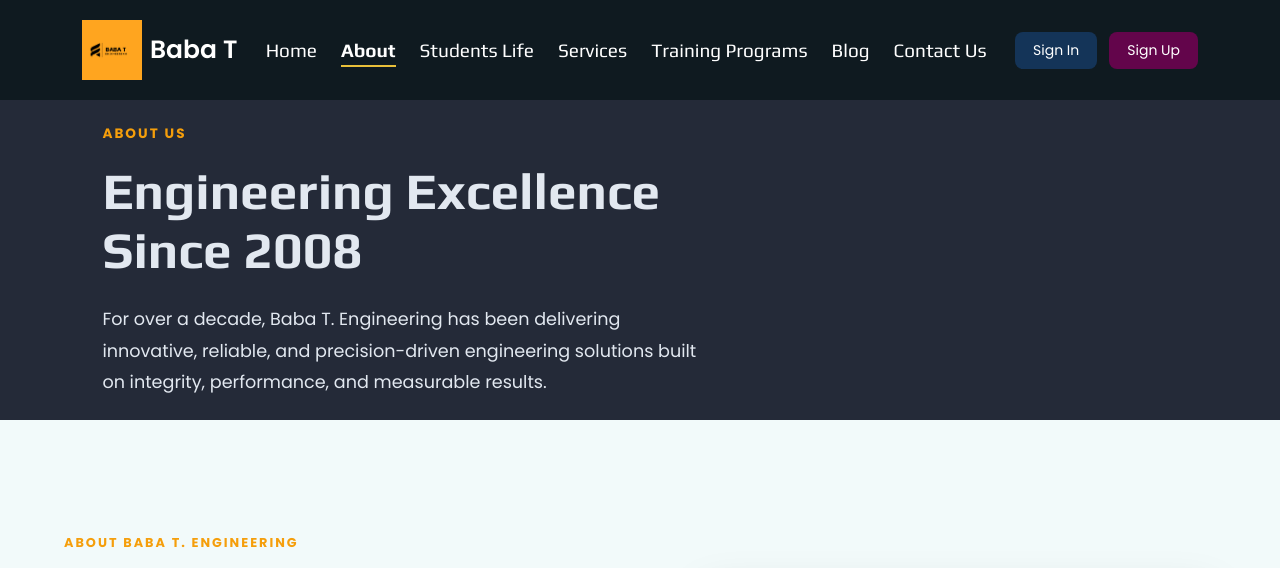
Repository: KC-Minchakpu/babatunde
Page: /about
These files come from the project's save history. The page is drawn as it stood at one moment and after the next save; the edit follows.
The browser window is 1280 px wide. The pictures show the part of the page from y = 0 to 568 px (the page is 1674 px tall).
Pictures or frames that could not be fetched are drawn as grey boxes. The project was rebuilt for these pictures with package versions that can differ from the ones it lists, and the page was loaded fresh each time. The framework's server and built-in components were replaced by stand-ins that run in the browser. Also part of the build but not shown: next.config.ts.

Above is the page before, as saved 2026-02-21 09:49:23.

### src/app/layout.tsx
import type { Metadata } from "next";
import { Play, Poppins } from "next/font/google";
import "./globals.css";
import Header from "@/components/Header/Header";
import Footer from "@/components/Footer/Footer";

const play = Play({
  variable: "--font-play",
  subsets: ["latin"],
  weight: ["400", "700"],
});

const poppins = Poppins({
  variable: "--font-poppins",
  subsets: ["latin"],
  weight: ["400", "500", "600", "700"],
});

export const metadata: Metadata = {
  title: "Baba T Engineering",
  description: "Official web app of Baba T Engineering, a leading engineering company specializing in innovative solutions and cutting-edge technology.",
};

export default function RootLayout({
  children,
}: Readonly<{
  children: React.ReactNode;
}>) {
  return (
    <html lang="en">
      <body
        className={`${play.variable} ${poppins.variable} antialiased`}
      >
        <Header />
        {children}
        <Footer />
      </body>
    </html>
  );
}

### src/app/about/page.tsx
import AboutSection from "@/components/About/AboutSection";
import AboutHero from "@/components/About/AboutHero";


export default function OurTeamPage() {
  return (
    <>
      <AboutHero />
      <AboutSection />

    </>
  )}

### src/app/globals.css
@import "tailwindcss";

:root {
  --background: #f2fafa;
  --foreground: #1f1e1e;
}

body {
  background: var(--background);
  color: var(--foreground);
  font-family: var(--font-poppins);
}

h1, h2, h3, h4, h5, h6 {
  font-family: var(--font-play);
}

h1 {
  color: red;
  font-size: 35px;
}

### src/components/Header/Header.tsx
"use client";

import Link from "next/link";
import Image from "next/image";
import styles from "./Header.module.css";
import { useState } from "react";
import { usePathname } from "next/navigation";

const Header = () => {
  const [isOpen, setIsOpen] = useState(false);
  const pathname = usePathname();

  const isActive = (path: string) => pathname === path;
  const isAboutActive = () => pathname.startsWith("/about");

  return (
    <header className={styles.header}>
      <div className={styles.container}>
        {/* Logo */}
        <div className={styles.logo}>
          <Link href="/">
            <Image
              src="/images/logo23.png"
              alt="Baba T Logo"
              width={60}
              height={60}
            />
          </Link>
          <span className={styles.logoText}>Baba T</span>
        </div>

        {/* Navigation */}
        <nav className={styles.nav}>
          <Link
            href="/"
            className={isActive("/") ? styles.active : ""}
          >
            Home
          </Link>

          <div
            className={styles.dropdown}
            onMouseEnter={() => setIsOpen(true)}
            onMouseLeave={() => setIsOpen(false)}
          >
            <Link
              href="/about"
              className={`${styles.dropdownToggle} ${
                isAboutActive() ? styles.active : ""
              }`}
            >
              About
            </Link>

            {isOpen && (
              <div className={styles.dropdownMenu}>
                <Link href="/about/history" className={isActive("/about/history") ? styles.active : ""}>
                  Our History
                </Link>
                <Link
                  href="/about/team"
                  className={
                    isActive("/about/team") ? styles.active : ""
                  }
                >
                  Our Team
                </Link>
                <Link href="/about" className={isActive("/about/mission") ? styles.active : ""}>
                  Mission & Vision
                </Link>
                <Link href="/about" className={isActive("/about/values") ? styles.active : ""}>
                  Core Values
                </Link>
                <Link href="/about/careers" className={isActive("/about/careers") ? styles.active : ""}>
                  Careers
                </Link>
              </div>
            )}
          </div>

          <Link
            href="/students-life"
            className={
              isActive("/students-life") ? styles.active : ""
            }
          >
            Students Life
          </Link>

          <Link
            href="/services"
            className={isActive("/services") ? styles.active : ""}
          >
            Services
          </Link>

          <Link
            href="/training-programs"
            className={
              isActive("/training-programs") ? styles.active : ""
            }
          >
            Training Programs
          </Link>

          <Link
            href="/blog"
            className={isActive("/blog") ? styles.active : ""}
          >
            Blog
          </Link>

          <Link
            href="/contact"
            className={isActive("/contact") ? styles.active : ""}
          >
            Contact Us
          </Link>
        </nav>

        {/* Auth Buttons */}
        <div className={styles.actions}>
          <button className={styles.signIn}>Sign In</button>
          <button className={styles.signUp}>Sign Up</button>
        </div>
      </div>
    </header>
  );
};

export default Header;

### src/components/Footer/Footer.tsx
"use client";

import Image from "next/image";
import styles from "./Footer.module.css";
import {
  FaXTwitter,
  FaLinkedinIn,
  FaYoutube,
  FaInstagram
} from "react-icons/fa6";

export default function Footer() {
  return (
    <footer className={styles.footer}>
      <div className={styles.container}>
        <div className={styles.topSection}>

          {/* LEFT BRAND AREA */}
          <div className={styles.brand}>
            <div className={styles.logo}>
              <Image
                src="/images/logo23.png"
                alt="Baba T Logo"
                width={50}
                height={50}
              />
              <span>Baba T. Engineering</span>
            </div>

            <p>
              Forge Your Future. Transform your Devices with expert-led services
              trusted by 100,000+ Clients worldwide.
            </p>

            {/* SOCIAL ICONS */}
            <div className={styles.socials}>
              <a href="#" aria-label="Twitter">
                <FaXTwitter />
              </a>
              <a href="#" aria-label="LinkedIn">
                <FaLinkedinIn />
              </a>
              <a href="#" aria-label="YouTube">
                <FaYoutube />
              </a>
              <a href="#" aria-label="Instagram">
                <FaInstagram />
              </a>
            </div>
          </div>

          {/* LINKS GRID */}
          <div className={styles.linksGrid}>
            <div>
              <h4>CATEGORIES</h4>
              <a>Software</a>
              <a>Hardware</a>
              <a>Circuit</a>
              <a>Computer Repairs</a>
              <a>MacBook Repairs</a>
            </div>

            <div>
              <h4>COMPANY</h4>
              <a>About Us</a>
              <a>Trainings</a>
              <a>Become a Student</a>
              <a>Blog</a>
              <a>Contact</a>
            </div>

            <div>
              <h4>SUPPORT</h4>
              <a>Help Center</a>
              <a>FAQ</a>
              <a>Accessibility</a>
              <a>Sitemap</a>
            </div>

            <div>
              <h4>LEGAL</h4>
              <a>Terms of Service</a>
              <a>Privacy Policy</a>
              <a>Cookie Policy</a>
              <a>Licenses</a>
            </div>
          </div>
        </div>

        <div className={styles.divider}></div>

        <div className={styles.bottomBar}>
          <p>© 2026 Baba T Engineering. All rights reserved.</p>
          <p>Designed & Developed by Kevin Cross Minchakpu</p>

          <div className={styles.bottomLinks}>
            <a>Terms</a>
            <a>Privacy</a>
            <a>Cookies</a>
          </div>
        </div>
      </div>
    </footer>
  );
}

### src/components/About/AboutSection.tsx
// components/AboutSection.tsx
import Image from "next/image";
import styles from "./AboutSection.module.css";

const AboutSection = () => {
  return (
    <section className={styles.section}>
      <div className={styles.container}>
        {/* LEFT CONTENT */}
        <div className={styles.content}>
          <span className={styles.kicker}>ABOUT BABA T. ENGINEERING</span>

          <h2 className={styles.heading}>
            Engineering Excellence Built on Precision & Integrity
          </h2>

          <div className={styles.divider}></div>

          <p>
            Founded with a commitment to technical accuracy and professional
            integrity, Baba T. Engineering delivers innovative engineering
            solutions tailored to modern infrastructure and industrial needs.
            What began as a focused engineering practice has grown into a
            trusted technical partner for clients across multiple sectors.
          </p>

          <p>
            Our approach is rooted in precision design, rigorous analysis,
            and uncompromising quality standards. We collaborate closely with
            clients to provide solutions that are efficient, sustainable,
            and structurally sound.
          </p>

          <p>
            Today, our multidisciplinary team continues to push engineering
            boundaries—leveraging advanced tools, modern methodologies,
            and practical field expertise to deliver measurable results.
          </p>
        </div>

        {/* RIGHT IMAGE */}
        <div className={styles.imageWrapper}>
          <Image
            src="/images/circuit.jpg"
            alt="Circuit Board"
            fill
            className={styles.image}
            priority
          />

          <div className={styles.badge}>
            <span className={styles.badgeNumber}>15+</span>
            <span className={styles.badgeText}>Years of Engineering Expertise</span>
          </div>
        </div>
      </div>
    </section>
  );
};

export default AboutSection;

### src/components/About/AboutHero.tsx
// components/AboutHero.tsx
import styles from "./AboutHero.module.css";

const AboutHero = () => {
  return (
    <section className={styles.hero}>
          {/* Dark Overlay */}
      <div className={styles.overlay}></div>

      {/* Content */}
      <div className={styles.content}>
        <span className={styles.kicker}>ABOUT US</span>

        <h1 className={styles.heading}>
          Engineering Excellence <br /> Since 2008
        </h1>

        <p className={styles.description}>
          For over a decade, Baba T. Engineering has been delivering
          innovative, reliable, and precision-driven engineering solutions
          built on integrity, performance, and measurable results.
        </p>
      </div>
    </section>
  );
};

export default AboutHero;

### src/components/Header/Header.module.css
.header {
  width: 100%;
  height: 100px;
  background: #0F1A20;
  padding: 20px;
  position: sticky;
  top: 0;
  z-index: 1000;
}

.container {
  width: 90%;
  margin: 0 auto;
  display: flex;
  align-items: center;
  justify-content: space-between;
}

/* Logo */
.logo {
  display: flex;
  align-items: center;
  gap: 8px;
  cursor: pointer;
}

.logoCircle {
  width: 40px;
  height: 40px;
  border-radius: 50%;
  background: linear-gradient(135deg, #8e2de2, #4a00e0);
  display: flex;
  align-items: center;
  justify-content: center;
  color: white;
  font-weight: bold;
}

.logoText {
  font-size: 25px;
  font-weight: 600;
  color: #ffffff;
  font-family: "Poppins", sans-serif;
}

/* Nav */
.nav {
  display: flex;
  align-items: center;
  gap: 24px;
  font-family: 'Play', sans-serif;

}

.nav a,
.dropdownToggle {
  color: #ffffff;
  text-decoration: none;
  font-size: 19px;
  cursor: pointer;
  position: relative;
  transition: color 0.3s ease;
}

.nav a:hover,
.dropdownToggle:hover {
  color: #FFD23F;
}

/* Dropdown */
.dropdown {
  position: relative;
}

.dropdownMenu {
  position: absolute;
  width: 250px;
  top: 35px;
  left: 0;
  background: #0F1A20;
  border-radius: 8px;
  padding: 10px 0;
  min-width: 180px;
  box-shadow: 0 10px 25px rgba(0, 0, 0, 0.15);
  display: flex;
  flex-direction: column;
}

.dropdownMenu a {
  padding: 10px 16px;
  color: #ffffff;
  font-size: 19px;
  text-decoration: none;
  transition: background 0.2s ease;
}

.dropdownMenu a:hover {
  color: #FFD23F;
}

/* Buttons */
.actions {
  display: flex;
  gap: 12px;
}

.signIn {
  padding: 8px 18px;
  border-radius: 8px;
  border: none;
  cursor: pointer;
  color: white;
  background: #143458;
  font-size: 14px;
}

.signUp {
  padding: 8px 18px;
  border-radius: 8px;
  border: none;
  cursor: pointer;
  color: white;
  background: #63054b;
  font-size: 14px;
}

/* Responsive */
@media (max-width: 1024px) {
  .nav {
    display: none;
  }
}

.active {
  color: #f1b32b;
  font-weight: 600;
  position: relative;
}

.active::after {
  content: "";
  position: absolute;
  left: 0;
  bottom: -6px;
  width: 100%;
  height: 2px;
  background-color: #e9c03a;
}

### src/components/Footer/Footer.module.css
.footer {
  background: linear-gradient(
    180deg,
    #0a0a0a,
    #111111
  );
  color: #e5e7eb;
  padding: 90px 0 30px;
}

.container {
  max-width: 1200px;
  margin: 0 auto;
  padding: 0 20px;
}

/* TOP SECTION */
.topSection {
  display: flex;
  justify-content: space-between;
  gap: 60px;
}

/* BRAND */
.brand {
  flex: 1.3;
}

.logo {
  display: flex;
  align-items: center;
  gap: 12px;
  font-weight: 600;
  font-size: 20px;
  margin-bottom: 20px;
}

.logoBox {
  width: 34px;
  height: 34px;
  border-radius: 10px;
  background: linear-gradient(135deg, #14b8a6, #f97316);
}

.brand p {
  color: #9ca3af;
  line-height: 1.6;
  margin-bottom: 24px;
  max-width: 350px;
}

/* =========================
   SOCIAL ICONS
========================= */
.socials {
  display: flex;
  gap: 15px;
  margin-top: 20px;
}

.socials a {
  width: 40px;
  height: 40px;
  background: #121c3b;
  border-radius: 50%;
  display: flex;
  align-items: center;
  justify-content: center;
  color: #ffffff;
  font-size: 16px;
  transition: all 0.3s ease;
}

.socials a:hover {
  background: #f8af28;
  transform: translateY(-4px);
}


/* LINKS GRID */
.linksGrid {
  flex: 2;
  display: grid;
  grid-template-columns: repeat(4, 1fr);
  gap: 40px;
}

.linksGrid h4 {
  font-size: 12px;
  letter-spacing: 1px;
  margin-bottom: 16px;
  color: #ffffff;
}

.linksGrid a {
  display: block;
  font-size: 14px;
  color: #9ca3af;
  margin-bottom: 10px;
  cursor: pointer;
  transition: color 0.3s ease;
}

.linksGrid a:hover {
  color: #ffffff;
}

/* DIVIDER */
.divider {
  height: 1px;
  background: rgba(255, 255, 255, 0.08);
  margin: 60px 0 25px;
}

/* BOTTOM BAR */
.bottomBar {
  display: flex;
  justify-content: space-between;
  align-items: center;
  font-size: 14px;
  color: #9ca3af;
}

.bottomLinks {
  display: flex;
  gap: 24px;
}

.bottomLinks a {
  cursor: pointer;
  transition: color 0.3s ease;
}

.bottomLinks a:hover {
  color: white;
}

/* RESPONSIVE */
@media (max-width: 1024px) {
  .topSection {
    flex-direction: column;
    gap: 50px;
  }

  .linksGrid {
    grid-template-columns: repeat(2, 1fr);
  }

  .bottomBar {
    flex-direction: column;
    gap: 15px;
    text-align: center;
  }
}

@media (max-width: 600px) {
  .linksGrid {
    grid-template-columns: 1fr;
  }
}

### src/components/About/AboutSection.module.css
.section {
  padding: 110px 0;
   background: linear-gradient(
      to right,
      rgba(248, 250, 252, 0.95),
      rgba(248, 250, 252, 0.8)
    ),
}

.container {
  width: 90%;
  max-width: 1200px;
  margin: 0 auto;

  display: grid;
  grid-template-columns: 1.1fr 1fr;
  gap: 70px;
  align-items: center;
}

/* LEFT CONTENT */

.content {
  color: #1e293b; /* slate tone */
}

.kicker {
  font-size: 0.8rem;
  letter-spacing: 2px;
  font-weight: 700;
  color: #f59e0b; /* engineering amber */
  text-transform: uppercase;
  margin-bottom: 14px;
  display: inline-block;
}

.heading {
  font-size: 2.6rem;
  font-weight: 800;
  line-height: 1.25;
  margin-bottom: 18px;
}

.divider {
  width: 70px;
  height: 4px;
  background-color: #0f172a; /* deep engineering blue */
  margin-bottom: 28px;
}

.content p {
  font-size: 1rem;
  line-height: 1.8;
  margin-bottom: 20px;
  color: #475569;
}

/* RIGHT IMAGE */

.imageWrapper {
  position: relative;
  width: 100%;
  height: 520px;
  border-radius: 14px; /* sharper than law version */
  overflow: hidden;
  box-shadow: 0 25px 45px rgba(15, 23, 42, 0.15);
}

.image {
  object-fit: cover;
}

/* BADGE – redesigned as technical stat block */

.badge {
  position: absolute;
  bottom: 28px;
  right: 30px;

  background-color: #0f172a;
  color: white;

  padding: 26px 32px;
  border-radius: 10px;

  display: flex;
  flex-direction: column;
  align-items: center;

  border-left: 6px solid #f59e0b;
  box-shadow: 0 18px 35px rgba(0, 0, 0, 0.25);
}

.badgeNumber {
  font-size: 2rem;
  font-weight: 800;
  line-height: 1;
}

.badgeText {
  font-size: 0.85rem;
  margin-top: 6px;
  text-align: center;
  letter-spacing: 0.5px;
}

/* RESPONSIVE */

@media (max-width: 992px) {
  .container {
    grid-template-columns: 1fr;
    gap: 60px;
  }

  .imageWrapper {
    height: 420px;
  }
}

@media (max-width: 600px) {
  .section {
    padding: 80px 0;
  }

  .heading {
    font-size: 2rem;
  }

  .imageWrapper {
    height: 320px;
  }

  .badge {
    right: 20px;
    padding: 18px 22px;
  }

  .badgeNumber {
    font-size: 1.6rem;
  }
}

### src/components/About/AboutHero.module.css
.hero {
  position: relative;
  height: 320px;
  display: flex;
  align-items: center;
  padding: 0 8%;
  overflow: hidden;
  color: white;
}

/* Dark blue engineering overlay */
.overlay {
  position: absolute;
  inset: 0;
  background: #242a38;
  z-index: 1;
}

/* Content */
.content {
  position: relative;
  z-index: 2;
  max-width: 750px;
}

.kicker {
  font-size: 0.85rem;
  font-weight: 700;
  letter-spacing: 2px;
  color: #f59e0b; /* engineering amber */
  text-transform: uppercase;
  margin-bottom: 18px;
  display: inline-block;
}

.heading {
  font-size: 3.2rem;
  font-weight: 800;
  line-height: 1.15;
  margin-bottom: 24px;
  color: #e2e8f0;
}

.description {
  font-size: 1.1rem;
  line-height: 1.8;
  color: #e2e8f0;
  max-width: 600px;
}

/* Responsive */

@media (max-width: 992px) {
  .hero {
    height: 480px;
    padding: 0 6%;
  }

  .heading {
    font-size: 2.6rem;
  }
}

@media (max-width: 600px) {
  .hero {
    height: 420px;
    padding: 0 5%;
  }

  .heading {
    font-size: 2rem;
  }

  .description {
    font-size: 1rem;
  }
}

After the next save:
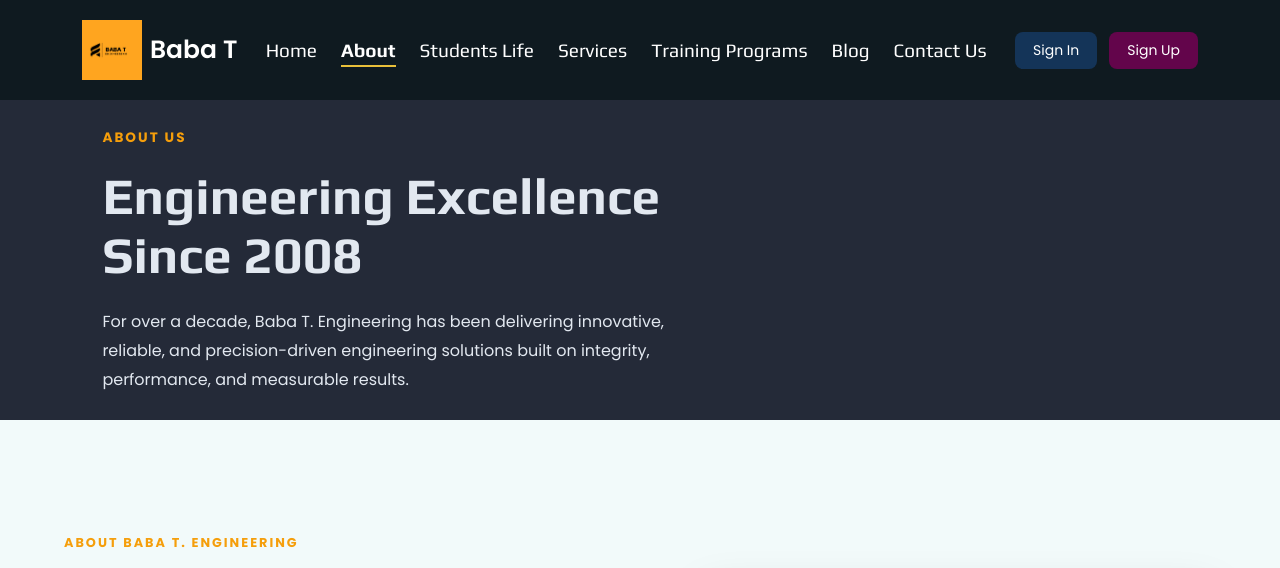
Saved 102 s later.
--- a/src/components/About/AboutHero.module.css
+++ b/src/components/About/AboutHero.module.css
@@ -42,7 +42,7 @@
 }
 
 .description {
-  font-size: 1.1rem;
+  font-size: 1rem;
   line-height: 1.8;
   color: #e2e8f0;
   max-width: 600px;
